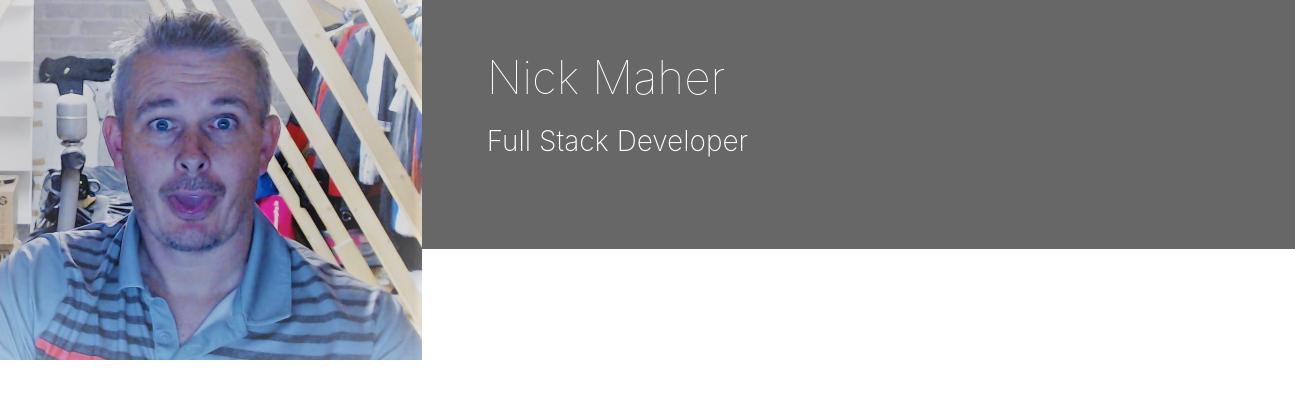
Repository: nick-maher/My-CV
Page: index.html
The author's editor kept a record of every edit. The page is drawn from the files as they stood at one moment, then again after the next edit.
The browser window is 1280 px wide. The page is 1295 px wide, so the pictures cover 1295 px, including what lies to the right of the window. The pictures show the whole page.

Above is the page before.

### index.html
<!DOCTYPE html>
<html lang="en">
<head>
    <meta charset="UTF-8">
    <meta name="viewport" content="width=device-width, initial-scale=1.0">
    <meta http-equiv="X-UA-Compatible" content="ie=edge">

    <link rel="stylesheet" href="https://stackpath.bootstrapcdn.com/bootstrap/4.3.1/css/bootstrap.min.css" type="text/css" />
    <link rel="stylesheet" href="https://stackpath.bootstrapcdn.com/font-awesome/4.7.0/css/font-awesome.min.css" type="text/css" />
    <link rel="stylesheet" href="assets/css/style.css" type="text/css" />

    <title>Nick's CV</title>

</head>

<body>
    <header>
  <div class= "row">

      <a href = "index.html" class= "col-md-4 logo">  </a>



      <div class= "col-md-8">
         <div class= "row bg-color-name-title">
          <div class= "col heading " >
             <h1 class = "name">Nick Maher</h1>
             <h2 class = "title">Full Stack Developer</h2>
          </div>


         </div>



      </div>




  </div>

    </header>

    <section>


    </section>

    <footer>


    </footer>




</body>
</html>

### assets/css/style.css
@import url('https://fonts.googleapis.com/css?family=Roboto:100,200,300,400,500,600,700|Exo:100,200,300,400,500,600,700');

/* -------------------------------------------COLOURS */

.bg-color-name-title {
        background-color: #676767;
}

/* -------------------------------------------HEADINGS */

.header {
    margin:0;
}
.heading {

    margin-left: 50px;
}



.logo {
    background: url("../images/nick.jpg");
    background-position: center;
    background-repeat: no-repeat;
    background-size: cover;
    min-height: 360px;
    transition: all .5s ease-in-out;
    -moz-transition: all .5s ease-in-out;
    -webkit-transition: all .5s ease-in-out;
}



.name{
    font-family: "Exo" sans-serif;
    font-weight: 100;
    font-size: 46px;
    margin-top: 50px;
    color: #fff;
}

.title{
    font-family: "Roboto"sans-serif;
    font-weight: 200;
    font-size: 28px;
    margin-top: 20px;
    margin-bottom: 90px;
    color: #ffffff;
}

After the next edit:
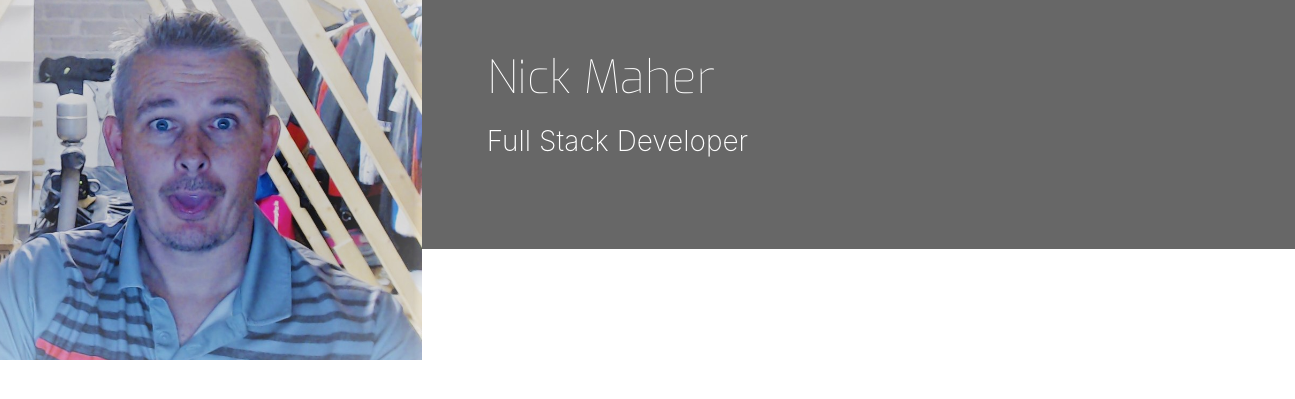
The edit:
--- a/assets/css/style.css
+++ b/assets/css/style.css
@@ -32,7 +32,7 @@
 
 
 .name{
-    font-family: "Exo" sans-serif;
+    font-family: "Exo", sans-serif;
     font-weight: 100;
     font-size: 46px;
     margin-top: 50px;
